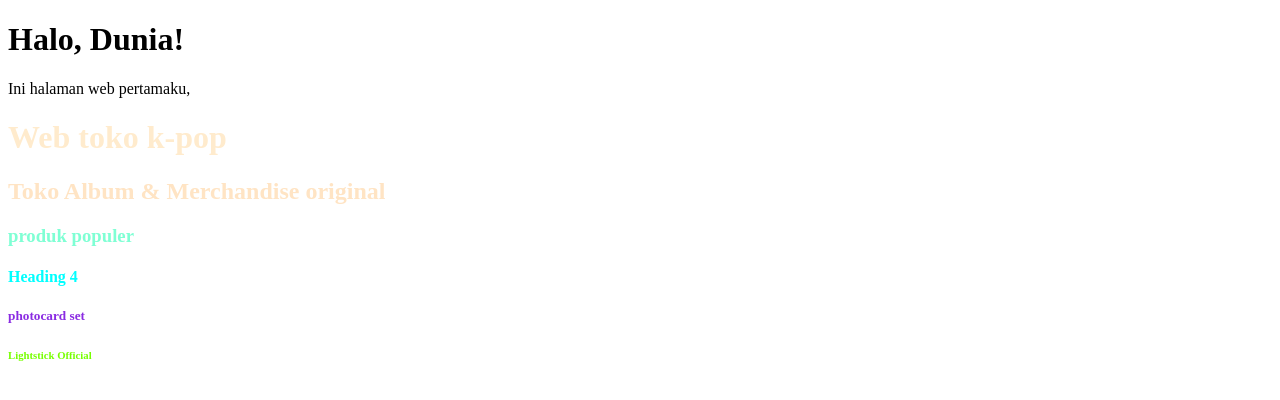
Repository: sekartazivi/241552010020-Web-Application-Development
Page: test.html
An editor plug-in stored every save of this project. The page is shown before and after the next save, followed by the edit.
The browser window is 1280 px wide. The pictures show the whole page.

Above is the page before, as saved 2026-02-20 08:38:44.

After the next save:
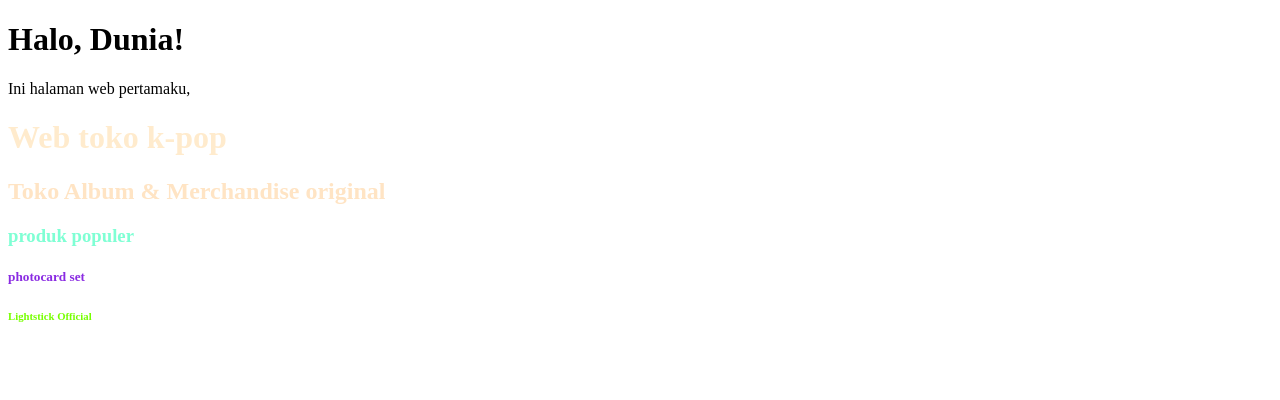
Saved 10 s later.
--- a/test.html
+++ b/test.html
@@ -11,7 +11,7 @@
     <h1 style="color: blanchedalmond;">Web toko k-pop</h1>
     <h2 style="color: bisque;">Toko Album & Merchandise original</h2>
     <h3 style="color: aquamarine;" >produk populer</h3>
-    <h4 style="color: aqua;" >Heading 4</h4>
+    <h4 style="color: aqua;" ></h4>
     <h5 style="color: blueviolet;">photocard set</h5>
     <h6 style="color: rgb(119, 255, 0);">Lightstick Official</h6>
 </body>
